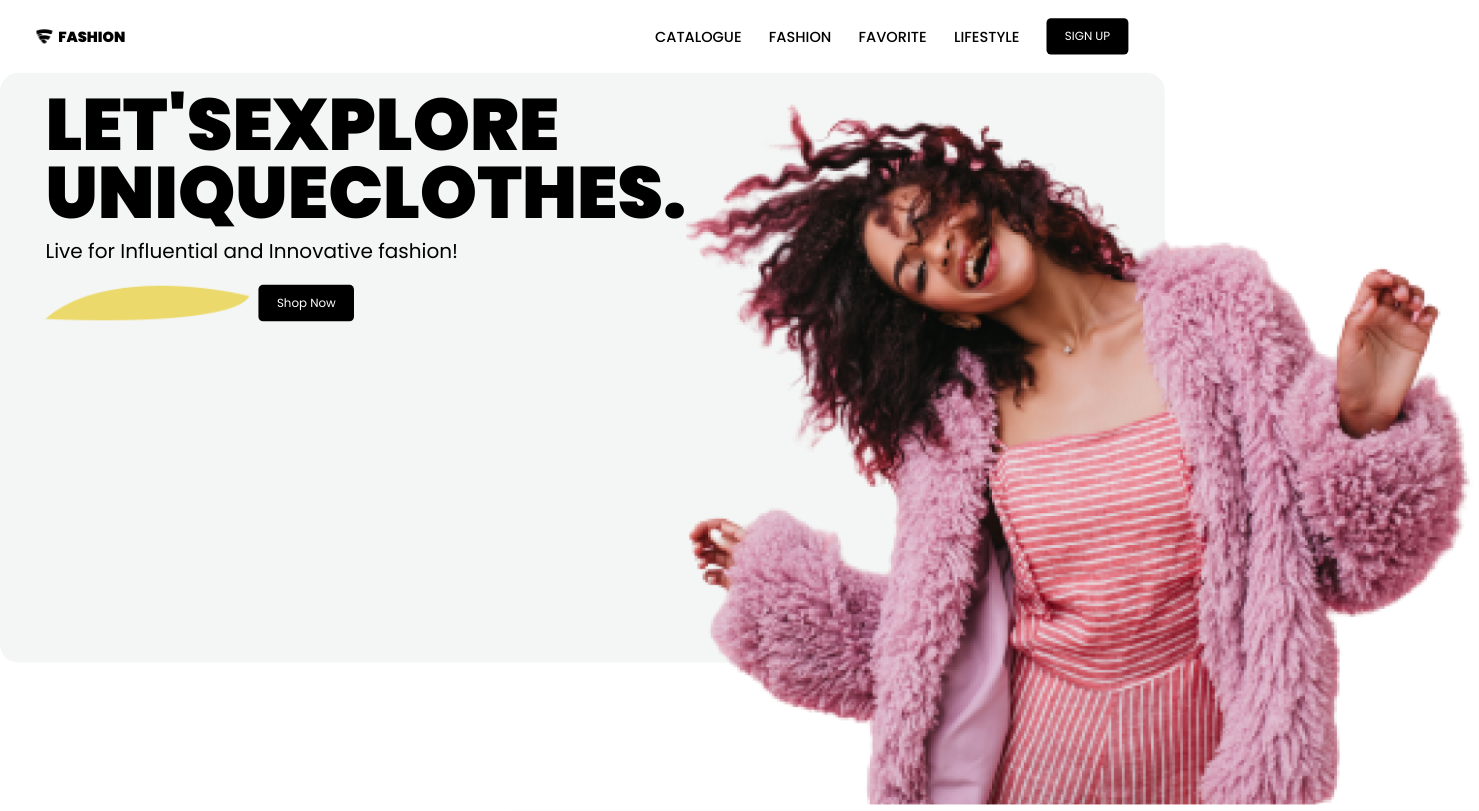
Repository: isaacCodes1/FashionSite
Page: index.html
The author's editor kept a copy of each file at every save. The page is drawn from the files as they stood at one save, then again after a run of saves.
The browser window is 1280 px wide. The page is 1625 px wide, so the pictures cover 1625 px, including what lies to the right of the window. The pictures show the whole page, at 91% of full size.
Pictures or frames that could not be fetched are drawn as grey boxes.

Above is the page before, as saved 2024-03-11 16:37:11.

After the next 9 saves:
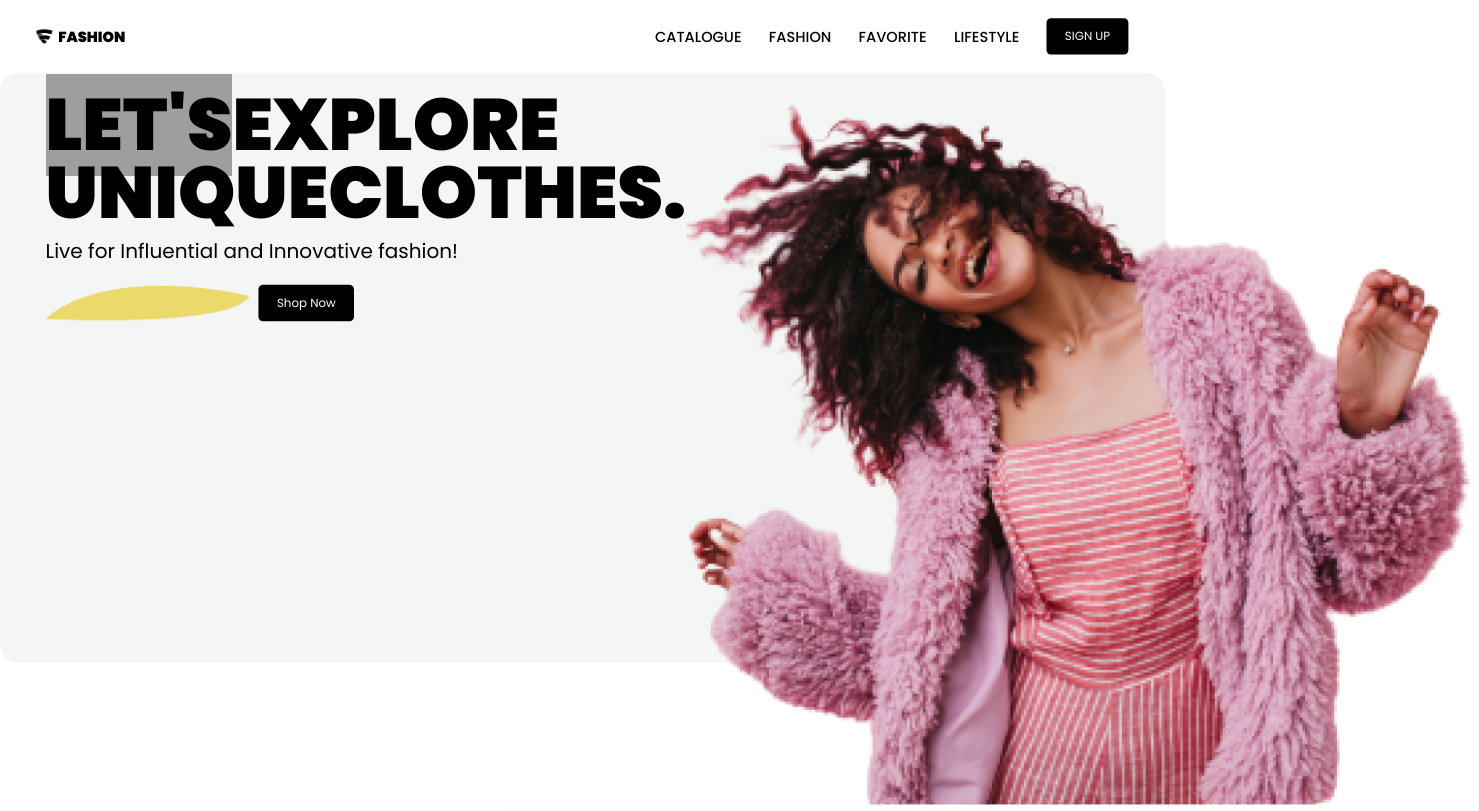
The 9 saves are shown as one change because they came seconds apart.
The last was saved 20 s later.
--- a/style.css
+++ b/style.css
@@ -109,3 +109,6 @@
     flex: 0.5;
     display: flex;
 }
+.spn1{
+    background-image: url(/Assets/Rectangle\ 3.png);
+}
